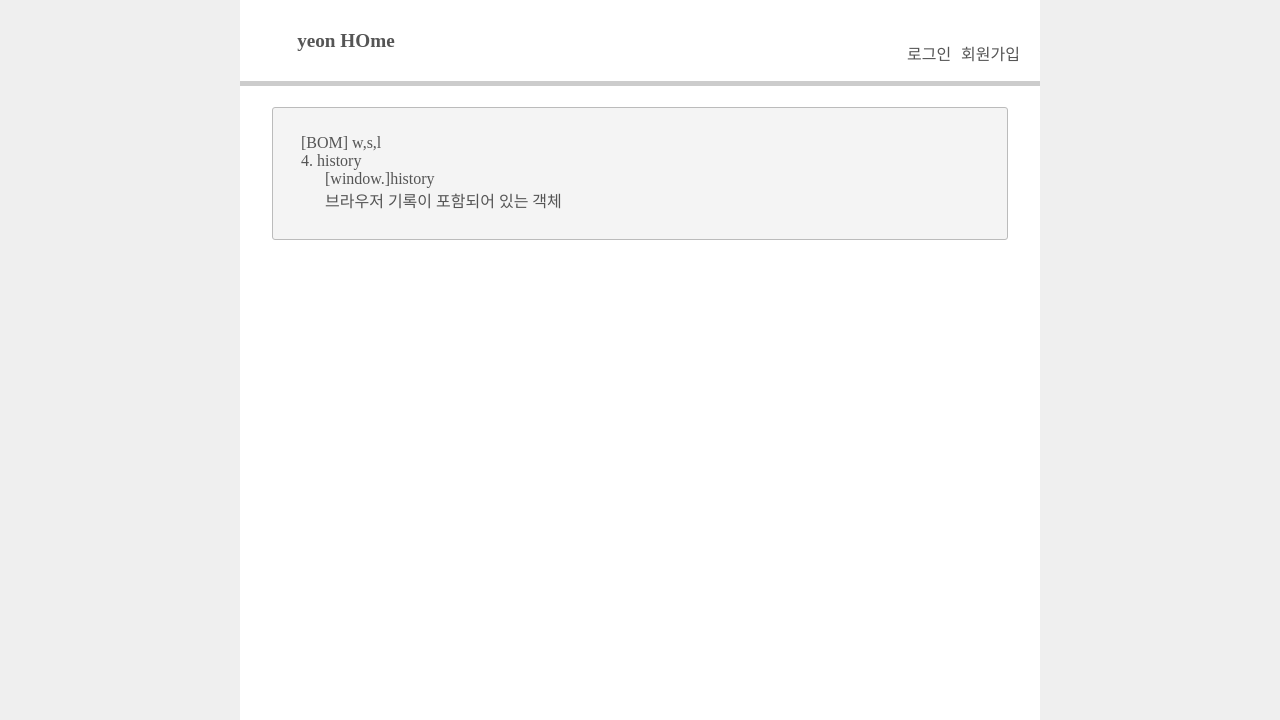
Repository: yeonhwa323/webPro
Page: webPro/src/main/webapp/javascript/days08/ex13.html
These files come from the project's save history. The page is drawn as it stood at one moment and after the next save; the edit follows.
The browser window is 1280 px wide. The pictures show the whole page.
Some web fonts or font styles are not loaded; a fallback is used.

Above is the page before, as saved 2024-04-16 05:45:46.

### webPro/src/main/webapp/javascript/days08/ex13.html
<!DOCTYPE html>
<html>
<head>
<meta charset="UTF-8">
<meta name="viewport" content="width=device-width, initial-scale=1.0">
<title>Insert title here</title>
<link rel="shortcut icon" type="image/x-icon" href="http://localhost/webPro/images/SiSt.ico">
<script src="https://ajax.googleapis.com/ajax/libs/jquery/3.7.1/jquery.min.js"></script>
<link rel="stylesheet" href="http://localhost/webPro/resources/cdn-main/example.css">
<script src="http://localhost/webPro/resources/cdn-main/example.js"></script>
<style>
 span.material-symbols-outlined{
   vertical-align: text-bottom;
 }
</style>
</head>
<body>
<header>
  <h1 class="main"><a href="#" style="position: absolute;top:30px;">yeon HOme</a></h1>
  <ul>
    <li><a href="#">로그인</a></li>
    <li><a href="#">회원가입</a></li>
  </ul>
</header>
<div>
  <xmp class="code">
   [BOM] w,s,l
   4. history
   	 [window.]history
   	 브라우저 기록이 포함되어 있는 객체
  </xmp>
</div>
</body>
</html>

### webPro/src/main/webapp/resources/cdn-main/example.css
@charset "UTF-8";

@import url('https://fonts.googleapis.com/css2?family=Material+Symbols+Outlined:opsz,wght,FILL,GRAD@20..48,100..700,0..1,-50..200');

@font-face {
    font-family: 'GmarketSansMedium';
    src: url('https://cdn.jsdelivr.net/gh/projectnoonnu/noonfonts_2001@1.1/GmarketSansMedium.woff') format('woff');
    font-weight: normal;
    font-style: normal;
}

:root {
	--text-color: #555;
	--sub-text-color: #777;
	--back-color: #EFEFEF;
	--header-color: #444;
	--primary-color: #DEDEDE;
	--secondary-color: #EFEFEF;
	--default-width: 800px;
	--narrow-width: 500px;
	--wide-width: 1200px;
	--text-font: 'GmarketSansMedium';
	--icon-font: 'Material Symbols Outlined';
	--border-color: #CCC;
}

html, body {
	margin: 0;
	padding: 0;
}

html {
	background-color: var(--back-color);
	display: flex;
	justify-content: center;
	min-height: 100vh;
}

body, body.default {
	width: var(--default-width);
	background-color: white;
	padding-bottom: 120px;
}

body.wide {
	width: var(--wide-width);
}

body.narrow {
	width: var(--narrow-width);
}



body, p, div, span, a, input, select, option, textarea, button, table, th, td, label, fieldset, legend {
	font-family: var(--text-font);
	color: var(--text-color);
}

h1, h2, h3 {
	font-family: var(--text-font);
	color: var(--header-color);
	padding: 0 1rem;
	padding-top: .5rem;
}

div > h1, div > h2, div > h3 {
	padding: 0;
}

body > div, body > main > div {
	padding: 0.3rem 1rem;
}


h1 { font-size: 2rem; border-bottom: 1px solid var(--border-color); }
h1 small { font-size: 1.2rem; color: var(--sub-text-color); }
h2 { font-size: 1.5rem; border-bottom: 1px dashed var(--border-color); }
h2 small { font-size: 1.1rem; color: --sub-text-color; }
h3 { font-size: 1.2rem; }
h3 small { font-size: 1rem; color: --sub-text-color; }



h1.main::before {
	font-family: var(--icon-font);
  	content: '\e666';
  	margin-right: 10px;
  	float: left;
	font-size: 2.5rem;
}

h1.sub::before {
	font-family: var(--icon-font);
  	content: '\ea19';
  	margin-right: 10px;
  	float: left;
	font-size: 2.5rem;
}


h1.page::before {
	font-family: var(--icon-font);
  	content: '\e0e0';
  	margin-right: 10px;
  	float: left;
	font-size: 2.5rem;
}

body > header > ul > li > .active{
	background-color: #FFF;
	color:#F00;
}

body > header {
	display: flex;
	justify-content: space-between;
	border-bottom: 5px solid var(--border-color);
	min-height: 74px;
	background-color: #FFF;
}

body > header.sticky {
	position: sticky;
	top: 0;
	z-index: 98;
}

body > header > h1 {
	font-size: 1.2rem;
	border: 0;
}

body > header.in > h1::before {
	font-family: var(--icon-font);
  	content: '\e332‥';
  	margin-right: 3px;
  	float: left;
	font-size: 2rem;
}


body > header > ul {
	list-style-type: none;
	display: flex;
	align-items: flex-end;
	margin-right: 10px;
}

body > header > ul > li {
	margin-right: 10px;
	cursor: pointer;
}

body > header > ul > li > a {
	cursor: pointer;
}


form {
	display: block;
}

form > div {
	padding: 0.3rem 1rem;
}

div > form > div {
	padding: 0.3rem 0;
}

input, textarea, button, select {
	border: 1px solid #BBB;
	border-radius: 3px;
	outline: none;
	resize: none;
	padding: 7px;
	margin: 0;
}

input[type=text]:read-only, textarea:read-only {
	cursor: not-allowed;
	background-color: #FFF;
}

input[type=text]:disabled, textarea:disabled {
	cursor: not-allowed;
	background-color: #EEE;
}

input[type=text], input[type=password], textarea, button, select {
	/* width: 300px; */
}

textarea {
	display: block;
	height: 100px;
}

input[type=button], input[type=submit], button {
	/* width: inherit; */
}

input.short, textarea.short, button.short, select.short {
	width: 100px;
}

input.long, textarea.long, button.long, select.long {
	width: 350px;
}

.narrow input.long, .narrow textarea.long, .narrow button.long, .narrow select.long {
	width: calc(100% - 20px);
}

input.full, textarea.full, button.full, select.full {
	width: calc(100% - 20px);
}

textarea.short {
	height: 50px;
}

textarea.long {
	height: 100px;
}

textarea.full {
	height: 200px;
}

input, textarea {
	padding-top: 8px;
}

input[type=button], input[type=submit], button {
	padding: 5px 10px;
	background-color: var(--secondary-color);
	cursor: pointer;
	min-height: 36px;
}

input[type=button].primary, input[type=submit].primary, button.primary {
	/* background-color: rgba(100, 149, 237, .2); */
	background-color: var(--primary-color);
}

input[type=button].primary:hover, input[type=submit].primary:hover, button.primary:hover {
	/* background-color: rgba(100, 149, 237, .3); */
	background-color: var(--secondary-color);
}

input[type=button]:hover, input[type=submit]:hover, button:hover {
	background-color: var(--primary-color);
}

button {
	position: relative;
	left: 0;
	top: 0;
	padding-left: 35px;
}

button .material-symbols-outlined {
	position: absolute;
	left: 10px;
	top: 4px;
}

/* k2nik add */
button.login::before {
	font-family: var(--icon-font);
  	content: '\ea77';
	position: absolute;
	left: 11px;
	top: 4px;
	font-size: 1.25rem;
}

/* k2nik logout */
button.logout::before {
	font-family: var(--icon-font);
  	content: '\e9ba';
	position: absolute;
	left: 11px;
	top: 4px;
	font-size: 1.25rem;
}

/* k2nik help */
button.help::before {
	font-family: var(--icon-font);
  	content: '\f1c0';
	position: absolute;
	left: 11px;
	top: 4px;
	font-size: 1.25rem;
}

button.add::before{
	font-family: var(--icon-font);
  	content: '\e746';
	position: absolute;
	left: 11px;
	top: 4px;
	font-size: 1.25rem;
}

button.back::before {
	font-family: var(--icon-font);
  	content: '\e166';
	position: absolute;
	left: 11px;
	top: 4px;
	font-size: 1.25rem;
}

button.list::before {
	font-family: var(--icon-font);
  	content: '\e0ee';
	position: absolute;
	left: 11px;
	top: 4px;
	font-size: 1.25rem;
}


button.del::before {
	font-family: var(--icon-font);
  	content: '\e872';
	position: absolute;
	left: 11px;
	top: 4px;
	font-size: 1.25rem;
}


button.edit::before {
	font-family: var(--icon-font);
  	content: '\e745';
	position: absolute;
	left: 11px;
	top: 4px;
	font-size: 1.25rem;
}


button.login::before {
	font-family: var(--icon-font);
  	content: '\ea77';
	position: absolute;
	left: 11px;
	top: 4px;
	font-size: 1.25rem;
}


button.logout::before {
	font-family: var(--icon-font);
  	content: '\e9ba';
	position: absolute;
	left: 11px;
	top: 4px;
	font-size: 1.25rem;
}


button.in::before {
	font-family: var(--icon-font);
  	content: '\f71a';
	position: absolute;
	left: 11px;
	top: 4px;
	font-size: 1.25rem;
}


button.out::before {
	font-family: var(--icon-font);
  	content: '\f70e';
	position: absolute;
	left: 11px;
	top: 4px;
	font-size: 1.25rem;
}


button.reply::before {
	font-family: var(--icon-font);
  	content: '\e15e';
	position: absolute;
	left: 11px;
	top: 4px;
	font-size: 1.25rem;
}


button.comment::before {
	font-family: var(--icon-font);
  	content: '\e0b9';
	position: absolute;
	left: 11px;
	top: 4px;
	font-size: 1.25rem;
}


button.modal::before {
	font-family: var(--icon-font);
  	content: '\e89e';
	position: absolute;
	left: 11px;
	top: 4px;
	font-size: 1.25rem;
}


button.ok::before {
	font-family: var(--icon-font);
  	content: '\e86c';
	position: absolute;
	left: 11px;
	top: 4px;
	font-size: 1.25rem;
}


button.cancel::before {
	font-family: var(--icon-font);
  	content: '\e5c9';
	position: absolute;
	left: 11px;
	top: 4px;
	font-size: 1.25rem;
}

button.search::before {
	font-family: var(--icon-font);
  	content: '\e8b6';
	position: absolute;
	left: 11px;
	top: 4px;
	font-size: 1.25rem;
}

button.home::before {
	font-family: var(--icon-font);
  	content: '\e88a';
	position: absolute;
	left: 11px;
	top: 4px;
	font-size: 1.25rem;
}


button.sidebar::before {
	font-family: var(--icon-font);
  	content: '\f7e4';
	position: absolute;
	left: 11px;
	top: 4px;
	font-size: 1.25rem;
}


button.sidebar-right::before {
	font-family: var(--icon-font);
  	content: '\f7e5';
	position: absolute;
	left: 11px;
	top: 4px;
	font-size: 1.25rem;
}




button::before {
	font-family: var(--icon-font);
  	content: '\e323';
	position: absolute;
	left: 11px;
	top: 4px;
	font-size: 1.25rem;
}


table {
	border-collapse: collapse;
	margin: 1rem;
	box-sizing: border-box;
	width: calc(100% - 32px);
}

table.content {
	width: auto;
}

div > table {
	margin: 0;
}

table th, table td {
	border: 1px solid var(--border-color);
	padding: 7px;
	font-weight: normal;
}

table th {
	background-color: var(--back-color);
}

table.vertical th {
	width: 150px;
}

table.vertical td {
	width: calc(100% - 182px);
	padding-left: 10px;
}

table.content td, table.content th {
	width: auto;
}

body.narrow table.vertical th {
	width: 100px;
}

body.narrow table.vertical td {
	width: calc(100% - 182px);
}


table + table {
	margin-top: 30px;
}


p {
	padding: 0 1rem;
}

a {
	text-decoration: none;
}

a:hover {
	color: rgba(255, 99, 71, .7);
}

hr {
	border: 0;
	border-top: 1px solid var(--border-color);
	margin: 2rem 0;
}

.message {
	border: 1px solid var(--border-color);
	background-color: #EFEFEF;
	margin: 1rem;
	width: auto;
	padding-top: 10px;
	padding-bottom: 10px;
	font-size: 14px;
}

.message[title]::before {
	content: attr(title);
	display: block;
	border-bottom: 1px solid var(--border-color);
	padding-bottom: 5px;
	margin-bottom: 10px;
	margin-top: 7px;
}

.message.short {
	max-width: 250px;
}

.message.long {
	max-width: 500px;
}

.badge {
	float: right;
	font-size: .8rem;
	margin-top: 2px;
	margin-right: 2px;
	text-shadow: 0 0 7px gray;
}

.badge.left {
	float: none;
	margin-left: 2px;
}

.badge.right {
	float: right;
}

.badge.red {
	border-radius: 50%;
	padding: 2px 5px;
	background-color: rgb(255, 99, 71, .3);
}

.badge.yellow {

	border-radius: 50%;
	padding: 2px 5px;
	background-color: rgb(255, 215, 0, .5);
}

.badge.blue {
	border-radius: 50%;
	padding: 2px 5px;
	background-color: rgb(100, 149, 237, .3);
}

label + label {
	margin-left: 7px;
}

label input[type=checkbox], label input[type=radio] {
	transform: translate(0, 1px);
}

.group {
	display: flex;
}

.modal-content .group {
	margin-bottom: .5rem;
}

.group label {
	border: 1px solid #BBB;
	border-radius: 3px;
	outline: none;
	resize: none;
	padding: 7px 14px;
	margin: 0;
	border-top-right-radius: 0;
	border-bottom-right-radius: 0;
	background-color: #EFEFEF;
	white-space: nowrap;
	font-size: 14px;
}

.group input[type=text] {
	margin-left: -1px;
	border-top-left-radius: 0;
	border-bottom-left-radius: 0;
}

.group select {
	margin-left: -1px;
	border-top-left-radius: 0;
	border-bottom-left-radius: 0;
}

.group input.full[type=text] {
	margin-left: -1px;
	border-top-left-radius: 0;
	border-bottom-left-radius: 0;
	width: 100%;
}

.group input[type=button]:first-child, .group button:first-child {
	border-top-left-radius: 3px;
	border-bottom-left-radius: 3px;
	margin-left: 0px;
}

.group input[type=button], .group button {
	border-radius: 0;
	margin-left: -1px;
}

.group input[type=button]:last-child, .group button:last-child {
	margin-left: -1px;
	border-top-right-radius: 3px;
	border-bottom-right-radius: 3px;
}

.seperate {
	display: flex;
	justify-content: space-between;
}

div.list {
	width: max-content;
	margin: 1rem;
	border: 1px solid #BBB;
	border-radius: 3px;
	padding: 0;
}

div.list.full {
	width: auto;
	display: block;
	margin: 1rem;
	border: 1px solid #BBB;
	border-radius: 3px;
	padding: 0;
}

div.list > div {
	padding: .5rem 1rem;
	margin: 0;
	border-bottom: 1px solid #BBB;
}

div.list > div:last-child {
	border-bottom: 0;
}

pre.code , xmp.code{
	font-family: consols;
	background-color: rgba(150, 150, 150, .1);
	border: 1px solid #BBB;
	border-radius: 3px;
	padding: .5rem 1rem;
	padding-bottom: .6rem;
	margin: 1rem;
}




*[data-modal-window] {
	position: fixed;
	background-color: rgba(0, 0, 0, .3);
	left: 0;
	top: 0;
	display: none;
	justify-content: center;
	align-items: flex-start;
	width: 100%;
	min-height: 100vh;
	z-index: 100;
	opacity: 0;
	transition: 500ms all;
}

*[data-modal-window] .modal-container {
	border-radius: 5px;
	padding: 1rem;
	padding-bottom: .5rem;
	margin-top: -500px;
	opacity: 0;
	width: 500px;
	background-color: #FFF;
	margin-right: 2rem;
	transition: 500ms all;
}

*[data-modal-size=content] .modal-container {
	width: auto;
}

*[data-modal-size=narrow] .modal-container {
	width: 300px;
}

*[data-modal-size=wide] .modal-container {
	width: 760px;
}


*[data-modal-window] .modal-header {
	border-bottom: 1px solid var(--border-color);
	padding: 2px 5px;
}

*[data-modal-window] .modal-content {
	padding: 1rem 5px;
}

*[data-modal-window] .modal-content div:last-child {
	margin-top: 1rem;
	text-align: right;
}



*[data-sidebar-window] {
	position: fixed;
	background-color: #FFF;
	left: 0;
	top: 0;
	display: block;
	width: 300px;
	border-right: 1px solid var(--border-color);
	box-sizing: border-box;
	box-shadow: 0 0 3px var(--back-color);
	min-height: 100vh;
	z-index: 99;
	transform: translate(-300px, 0);
	transition-duration: 500ms;
	transition-property: transform;
}

*[data-sidebar-direction=right] {
	left: auto;
	right: 0;
	transform: translate(300px, 0);
	border-left: 1px solid var(--border-color);
}

*[data-sidebar-size=wide] {
	width: 500px;
	transform: translate(-500px, 0);
}

*[data-sidebar-window] .sidebar-title {
	border-bottom: 1px solid var(--border-color);
	margin-top: 20px;
	margin-bottom: 20px;
	padding-bottom: 5px;
	display: flex;
	justify-content: space-between;
}

*[data-sidebar-window] .sidebar-title span:last-child {
	cursor: pointer;
}


/* K2Nik pagination */
.center {
  text-align: center;
}

.pagination {
  display: inline-block;
}

.pagination a {
  color: black;
  float: left;
  padding: 3px 6px;
  text-decoration: none;
  transition: background-color .3s;
  border: 1px solid #ddd;
  margin: 0 3px;
}

.pagination a.active {
  background-color: #4CAF50;
  color: white;
  border: 1px solid #4CAF50;
}

.pagination a:hover:not(.active) {background-color: #ddd;}

### webPro/src/main/webapp/resources/cdn-main/example.js

window.onload = () => {

    const list = document.querySelectorAll('input, textarea');

    list.forEach(item => {
        item.setAttribute('autocomplete', 'off');
    });


    const modal_btn_list = document.querySelectorAll('*[data-modal-button]');

    modal_btn_list.forEach(item => {
        item.onclick = function() {

            const name = this.dataset['modalButton'];
            const modal_window = document.querySelector('*[data-modal-window=' + name);

            const container = document.createElement('div');
            container.className = 'modal-container';



            const modal_header = document.createElement('div');
            modal_header.textContent = modal_window.dataset['modalTitle'];
            modal_header.className = 'modal-header';
            container.appendChild(modal_header);

            const modal_content = document.createElement('div');
            modal_content.className = 'modal-content';
            container.appendChild(modal_content);

            Array.from(modal_window.childNodes).forEach(item => {
                modal_content.appendChild(item);
            });

            modal_window.appendChild(container);

            modal_window.style.display = 'flex';

            setTimeout(() => {
                modal_window.style.opacity = 1;
                container.style.marginTop = '20px';
                container.style.opacity = 1;
            }, 50);


            const modal_ok = document.querySelector('*[data-modal-ok=' + name);
            modal_ok.addEventListener('click', function() {
                modal_window.style.opacity = 0;
                container.style.marginTop = '-500px';
                container.style.opacity = 0;

                setTimeout(() => {
                    modal_window.innerHTML = modal_content.innerHTML;
                    modal_window.style.display = 'none';
                }, 500);

            });

            const modal_cancel = document.querySelector('*[data-modal-cancel=' + name);
            modal_cancel.addEventListener('click', function() {

                modal_window.style.opacity = 0;
                container.style.marginTop = '-500px';
                container.style.opacity = 0;

                setTimeout(() => {
                    modal_window.innerHTML = modal_content.innerHTML;
                    modal_window.style.display = 'none';
                }, 500);
            });


        };
    });


    const sidebar_btn_list = document.querySelectorAll('*[data-sidebar-button]');

    sidebar_btn_list.forEach(item => {
        item.onclick = function() {



            const name = this.dataset['sidebarButton'];
            const sidebar_window = document.querySelector('*[data-sidebar-window=' + name);

            if (sidebar_window.style.transform == 'translate(0px, 0px)') return;



            sidebar_window.style.transform = 'translate(0, 0)';

            const sidebar_title = document.createElement('div');
            sidebar_title.className = 'sidebar-title';
            sidebar_title.innerHTML = '<span>' + sidebar_window.dataset['sidebarTitle'] + '</span><span class="material-symbols-outlined">close</span>';

            sidebar_title.children[1].onclick = function() {

                let sign = 1;
                let distance = 300;

                if (sidebar_window.dataset['sidebarDirection'] != 'right') {
                    sign = -1;
                } else {
                    sign = 1;
                }

                if (sidebar_window.dataset['sidebarSize'] != 'wide') {
                    distance = 300;
                } else {
                    distance = 500;
                }

                distance *= sign;

                sidebar_window.style.transform = 'translate(' + distance + 'px, 0)';

                setTimeout(function() {
                    sidebar_window.removeChild(sidebar_window.children[0]);
                }, 500);
            };


            sidebar_window.prepend(sidebar_title);

        }
    });

};

// window.onkeydown = function(event) {

//     if (event.keyCode == 27) {
//         if (document.querySelector('[data-modal-window').style.display == 'flex') {
//             document.querySelector('[data-modal-window').style.display = 'none';
//         }
//     }

// };

After the next save:
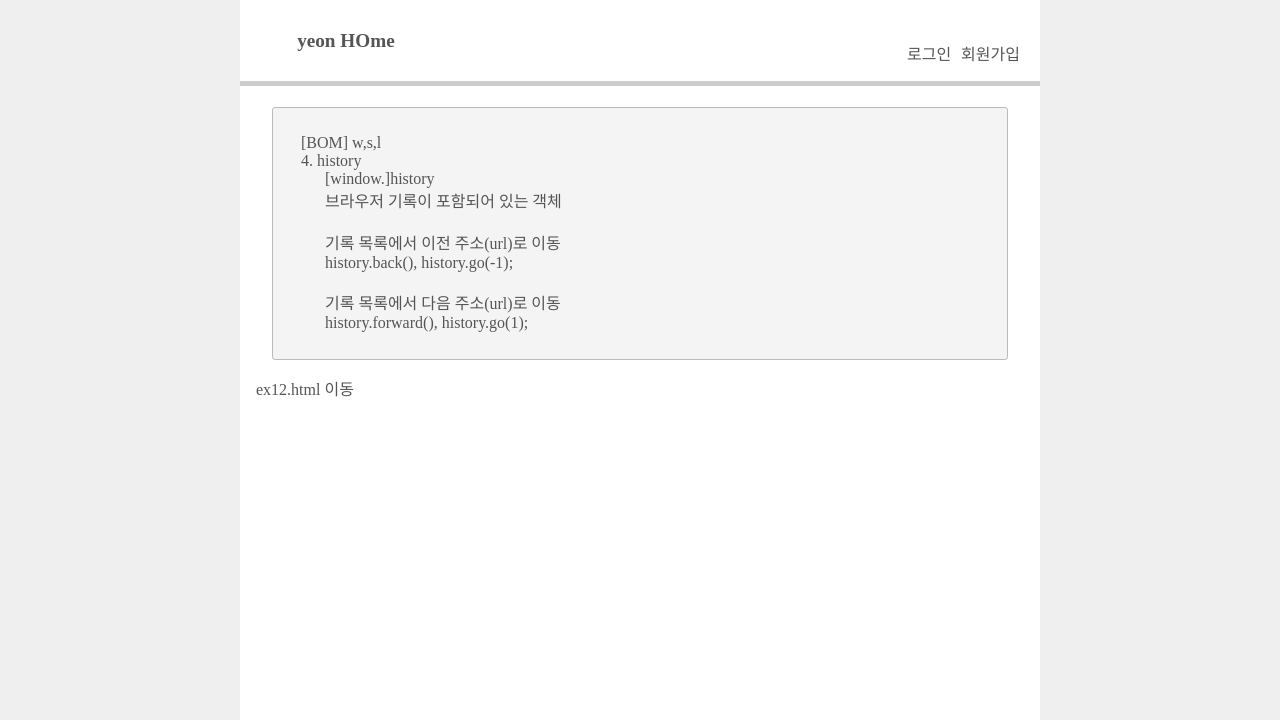
Saved 102 s later.
--- a/webPro/src/main/webapp/javascript/days08/ex13.html
+++ b/webPro/src/main/webapp/javascript/days08/ex13.html
@@ -28,7 +28,17 @@
    4. history
    	 [window.]history
    	 브라우저 기록이 포함되어 있는 객체
+
+   	 기록 목록에서 이전 주소(url)로 이동
+   	 history.back(), history.go(-1);
+
+   	 기록 목록에서 다음 주소(url)로 이동
+   	 history.forward(), history.go(1);
   </xmp>
+
+  <a href="#">ex12.html 이동</a>
+
 </div>
+
 </body>
 </html>
